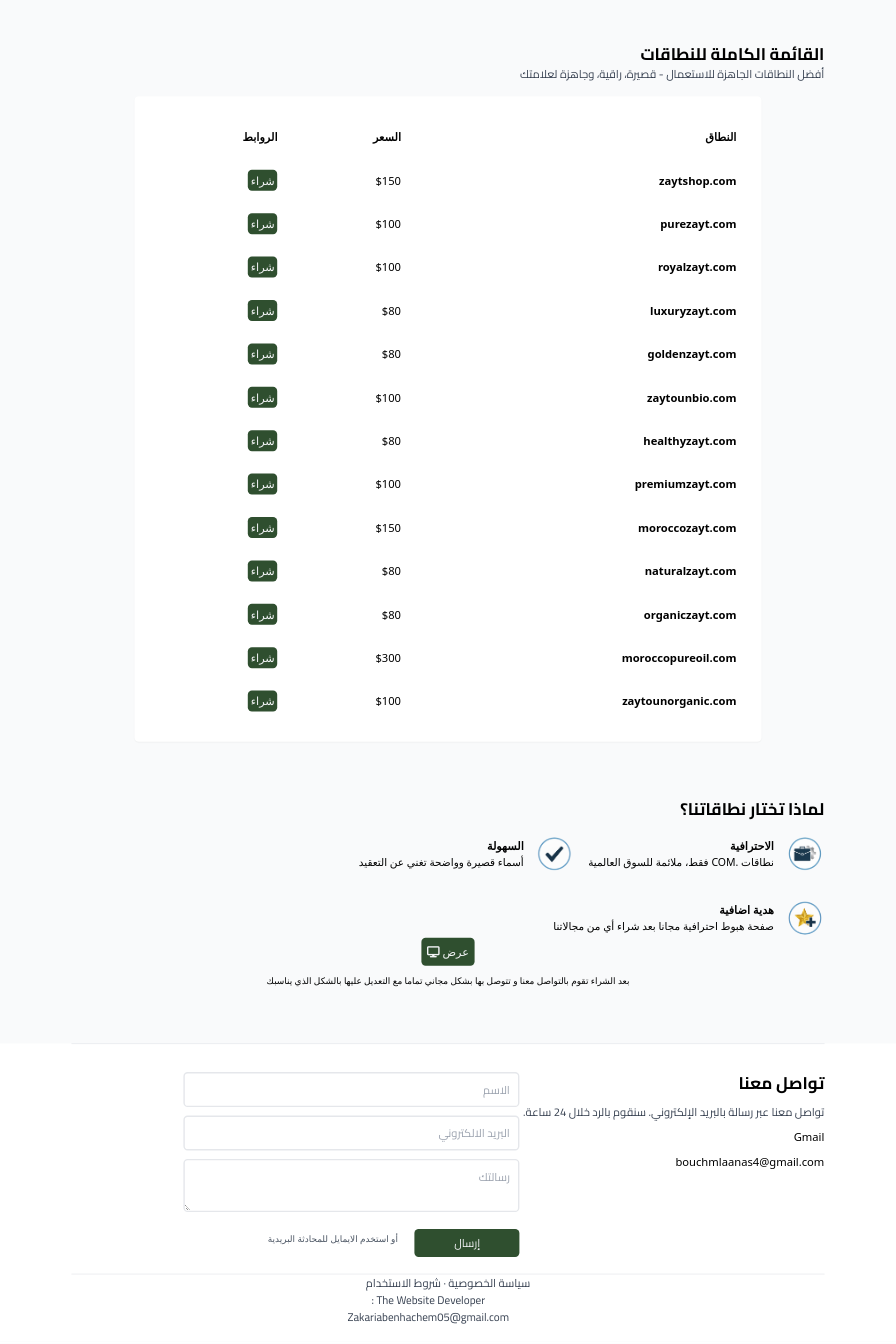
Repository: zakaria-bn05/Olive-oil-domaine-names-english-version
Page: index.html
These files come from the project's save history. The page is drawn as it stood at one moment and after the next save; the edit follows.
The browser window is 1280 px wide. The pictures show the part of the page from y = 851 to 2771 px (the page is 2771 px tall before and 2747 px after), at 70% of full size.
Some web libraries are served in a nearby version.

Above is the page before, as saved 2025-11-19 05:11:56.

### index.html
<!DOCTYPE html>
<html lang="ar" dir="rtl">

<head>
    <meta charset="UTF-8">
    <meta name="viewport" content="width=device-width, initial-scale=1.0">
    <link rel="icon" type="image/x-icon" href="assets/logo.png">
    <link rel="stylesheet" href="https://cdnjs.cloudflare.com/ajax/libs/font-awesome/6.5.1/css/all.min.css">
    <script src="https://cdn.tailwindcss.com"></script>
    <link href="https://fonts.googleapis.com/css2?family=Cairo:wght@300;400;600;700;800&display=swap" rel="stylesheet">
    <title src="">بيع نطاقات زيت الزيتون .COM</title>
    <style>
        .font-cairo {
            font-family: 'Cairo', system-ui, -apple-system, 'Segoe UI', Roboto, sans-serif;
        }

        .nav-link {
            font-size: 0.95rem;
            font-weight: 600;
        }

        .nav-link:hover {
            opacity: 0.92;
        }

        .bg-olive-btn {
            background-color: #2f4f2f;
        }

        .bg-olive-btn:hover {
            filter: contrast(80%);
        }

        .header {
            height: 445px;
            background-image: url('assets/header-picture.jpg');
            background-size: cover;
            background-position: center;
        }

        .table-spaced {
            border-collapse: separate;
            border-spacing: 0 0.9rem;
        }

        .table-spaced th,
        .table-spaced td {
            background: white;
            padding: 0.75rem 1rem;
            border-radius: 8px;
        }

        .table-spaced thead th {
            background: transparent;
            font-weight: 700;
        }

        @media (max-width: 768px) {

            nav {
                margin-top: -40px;
            }

            .special-domaine {
                width: 400px
            }

            .buy-reason {
                padding-left: auto;
            }
        }
    </style>
</head>

<body class="min-h-screen flex flex-col">
    <main class="font-Cairo w-full flex flex-col bg-gray-50 text-gold-dark ">
        <nav
            class="sticky md:top-0 z-30 bg-white/60 backdrop-blur-sm flex w-full h-26 md:h-16 px-[4%] md:px-[8%] items-center justify-between md:gap-1">

            <div class=" flex items-center gap-[2%]">
                <img src="assets/logo.png" class=" w-8 cursor-pointer alt=" OliveDomains Logo">
                <div>
                    <p class="text-right font-bold">OliveDomains</p>
                    <p class="text-xs font-cairo w-30">نطاقات .COM لعلامات زيت الزيتون</p>
                </div>
            </div>
            <div class="flex items-center mt-28 mb-2 md:m-0 gap-4">
                <a id="full-list" class="text-green-900 nav-link font-cairo w-18 cursor-pointer md:w-max ">القائمة
                    الكاملة</a>
                <a id="" class="special text-green-900 nav-link font-cairo cursor-pointer ">مميزة</a>
                <a id="contact"
                    class="bg-olive-btn rounded-md p-[4px] md:p-[6px] text-gray-100 nav-link font-cairo cursor-pointer md:w-max">تواصل
                    معنا</a>
            </div>
        </nav>
        <header class="header flex items-center justify-center z-10 relative ">
            <div class="bg-white rounded-2xl backdrop-blur-sm bg-opacity-30 w-4/5 p-11 flex flex-col gap-3 ">
                <h1 class="font-cairo text-4xl font-bold text-right "> ابدأ علامتك التجارية لزيت الزيتون اليوم.</h1>
                <p class="text-gray-700 text-right text-ms ">
                    نقدم لك أسماء نطاقات .COM قصيرة، سهلة التذكر، وجاهزة للانطلاق.
                </p>
                <div class="flex md:flex-row flex-col gap-3 mt-4 ">
                    <button class="special font-cairo bg-olive-btn px-3 py-2 text-gray-100 rounded-md">استعرض النطاقات
                        المميزة
                    </button>
                    <button id="full-list-2" class="font-cairo px-3 py-2 rounded-md border-2 border-green-900 ">عرض
                        القائمة
                        الكاملة
                    </button>
                </div>
            </div>
        </header>
        <article class="px-[8%] py-10">
            <h1 class="font-cairo text-2xl font-bold">النطاقات المميزة</h1>
            <p class="font-cairo text-xm text-gray-700 ">أفضل النطاقات الجاهزة للاستعمال - قصيرة، راقية، وجاهزة لعلامتك.
            </p>
            <div class="flex gap-3 flex-wrap justify-center">
                <div
                    class="special-domaine bg-white border-2 border-gray-300 rounded-md p-5 mt-5 w-100 flex flex-col gap-3 ">
                    <p class=" font-cairo text-xm text-gray-700 ">نطاق
                    </p>
                    <p class=" font-cairo text-xl text-gray-700 font-bold ">goldenzayt.com
                    </p>
                    <p class=" font-cairo text-xm text-gray-700 ">اسم راق وسهل التذكر لماركات زيت الزيتون
                    </p>
                    <div class="flex items-center mt-auto w-full justify-between">

                        <p class=" font-cairo text-xl text-gray-700 font-bold mt-3 ">$80</p>
                        <div class="justify-end">
                            <button class="selling bg-olive-btn px-3 py-2 text-gray-100 rounded-md mt-3">اشترِ الآن
                            </button>
                            <button class="negotiate font-cairo bg-olive-btn px-3 py-2 bg-gray-100 rounded-md mt-3">
                                تفاوض
                            </button>
                        </div>

                    </div>
                </div>
                <div
                    class="special-domaine bg-white border-2 border-gray-300 rounded-md p-5 w-100 mt-5 flex flex-col gap-3 ">
                    <p class=" font-cairo text-xm text-gray-700 ">نطاق
                    </p>
                    <p class=" font-cairo text-xl text-gray-700 font-bold ">luxuryzayt.com
                    </p>
                    <p class=" font-cairo text-xm text-gray-700 ">ملائم للمنتجات الفاخرة والسوق الراقية
                    </p>
                    <div class="flex items-center mt-auto w-full justify-between">

                        <p class=" font-cairo text-xl text-gray-700 font-bold mt-3 ">$80</p>
                        <div class="justify-end">
                            <button href="" class="selling bg-olive-btn px-3 py-2 text-gray-100 rounded-md mt-3">اشترِ
                                الآن
                            </button>
                            <button class="negotiate font-cairo bg-olive-btn px-3 py-2 bg-gray-100 rounded-md mt-3">
                                تفاوض
                            </button>
                        </div>
                    </div>
                </div>
                <div
                    class="special-domaine bg-white border-2 border-gray-300 rounded-md p-5 mt-5 w-100 flex flex-col gap-3 ">
                    <p class=" font-cairo text-xm text-gray-700 ">نطاق
                    </p>
                    <p class=" font-cairo text-xl text-gray-700 font-bold ">organiczayt.com
                    </p>
                    <p class=" font-cairo text-xm text-gray-700 ">مثالي للمنتجات العضوية والعضوية المعتمدة
                    </p>
                    <div class="flex items-center w-full justify-between">

                        <p class=" font-cairo text-xl text-gray-700 font-bold mt-3 ">$80</p>
                        <div class="justify-end mt-auto">
                            <button class="selling bg-olive-btn px-3 py-2 text-gray-100 rounded-md mt-3">اشترِ الآن
                            </button>
                            <button class="negotiate font-cairo bg-olive-btn px-3 py-2 bg-gray-100 rounded-md mt-3">
                                تفاوض
                            </button>
                        </div>

                    </div>
                </div>
        </article>
        <article class="px-[8%] py-10">
            <h1 class="font-cairo text-2xl font-bold"> القائمة الكاملة للنطاقات</h1>
            <p class="font-cairo text-xm text-gray-700 ">أفضل النطاقات الجاهزة للاستعمال - قصيرة، راقية، وجاهزة لعلامتك
            </p>
            <div class="flex justify-center w-full">
                <table class=" w-5/6 text-right mt-5 bg-white p-5 rounded-md table-spaced shadow-sm">
                    <tr class="border-b-2 p-5">
                        <th>النطاق</th>
                        <th>السعر</th>
                        <th>الروابط</th>
                    </tr>
                    <tr>
                        <td class="font-bold ">zaytshop.com</td>
                        <td>$150</td>
                        <td><a href="https://sedo.com/search/?member=c67aa84ed5e26d9853476fb49144413aa5dfed49"
                                class="hover:border-b-2 border-black bg-olive-btn text-gray-100 p-1 rounded-md">
                                شراء</a></td>
                    </tr>
                    <tr>
                        <td class="font-bold ">purezayt.com</td>
                        <td>$100</td>
                        <td><a href="https://sedo.com/search/?member=c67aa84ed5e26d9853476fb49144413aa5dfed49"
                                class="hover:border-b-2 border-black bg-olive-btn text-gray-100 p-1 rounded-md">
                                شراء</a></td>
                    </tr>
                    <tr>
                        <td class="font-bold ">royalzayt.com</td>
                        <td>$100</td>
                        <td><a href="https://sedo.com/search/?member=c67aa84ed5e26d9853476fb49144413aa5dfed49"
                                class="hover:border-b-2 border-black bg-olive-btn text-gray-100 p-1 rounded-md">
                                شراء</a></td>
                    </tr>
                    <tr>
                        <td class="font-bold ">luxuryzayt.com</td>
                        <td>$80</td>
                        <td><a href="https://sedo.com/search/?member=c67aa84ed5e26d9853476fb49144413aa5dfed49"
                                class="hover:border-b-2 border-black bg-olive-btn text-gray-100 p-1 rounded-md">
                                شراء</a></td>
                    </tr>
                    <tr>
                        <td class="font-bold ">goldenzayt.com</td>
                        <td>$80</td>
                        <td><a href="https://sedo.com/search/?member=c67aa84ed5e26d9853476fb49144413aa5dfed49"
                                class="hover:border-b-2 border-black bg-olive-btn text-gray-100 p-1 rounded-md">
                                شراء</a></td>
                    </tr>
                    <tr>
                        <td class="font-bold ">zaytounbio.com</td>
                        <td>$100</td>
                        <td><a href="https://sedo.com/search/?member=c67aa84ed5e26d9853476fb49144413aa5dfed49"
                                class="hover:border-b-2 border-black bg-olive-btn text-gray-100 p-1 rounded-md">
                                شراء</a></td>
                    </tr>

                    <tr>
                        <td class="font-bold ">healthyzayt.com</td>
                        <td>$80</td>
                        <td><a href="https://sedo.com/search/?member=c67aa84ed5e26d9853476fb49144413aa5dfed49"
                                class="hover:border-b-2 border-black bg-olive-btn text-gray-100 p-1 rounded-md">
                                شراء</a></td>
                    </tr>
                    <tr>
                        <td class="font-bold ">premiumzayt.com</td>
                        <td>$100</td>
                        <td><a href="https://sedo.com/search/?member=c67aa84ed5e26d9853476fb49144413aa5dfed49"
                                class="hover:border-b-2 border-black bg-olive-btn text-gray-100 p-1 rounded-md">
                                شراء</a></td>
                    </tr>
                    <tr>
                        <td class="font-bold ">moroccozayt.com</td>
                        <td>$150</td>
                        <td><a href="https://sedo.com/search/?member=c67aa84ed5e26d9853476fb49144413aa5dfed49"
                                class="hover:border-b-2 border-black bg-olive-btn text-gray-100 p-1 rounded-md">
                                شراء</a></td>
                    </tr>
                    <tr>
                        <td class="font-bold ">naturalzayt.com</td>
                        <td>$80</td>
                        <td><a href="https://sedo.com/search/?member=c67aa84ed5e26d9853476fb49144413aa5dfed49"
                                class="hover:border-b-2 border-black bg-olive-btn text-gray-100 p-1 rounded-md">
                                شراء</a></td>
                    </tr>

                    <tr>
                        <td class="font-bold ">organiczayt.com</td>
                        <td>$80</td>
                        <td><a href="https://sedo.com/search/?member=c67aa84ed5e26d9853476fb49144413aa5dfed49"
                                class="hover:border-b-2 border-black bg-olive-btn text-gray-100 p-1 rounded-md">
                                شراء</a></td>
                    </tr>
                    <tr>
                        <td class="font-bold ">moroccopureoil.com</td>
                        <td>$300</td>
                        <td><a href="https://sedo.com/search/?member=c67aa84ed5e26d9853476fb49144413aa5dfed49"
                                class="hover:border-b-2 border-black bg-olive-btn text-gray-100 p-1 rounded-md">
                                شراء</a></td>
                    </tr>
                    <tr>
                        <td class="font-bold ">zaytounorganic.com</td>
                        <td>$100</td>
                        <td><a href="https://sedo.com/search/?member=c67aa84ed5e26d9853476fb49144413aa5dfed49"
                                class="hover:border-b-2 border-black bg-olive-btn text-gray-100 p-1 rounded-md">
                                شراء</a></td>
                    </tr>
                </table>
            </div>

        </article>
        <article class="px-[8%] py-10">
            <h1 class="font-cairo text-2xl font-bold"> لماذا تختار نطاقاتنا؟ </h1>
            <div class="flex flex-wrap gap-4">
                <div class=" flex gap-5 mt-5 p-1 rounded-md ">
                    <img src=" assets/pro-logo.png" class="buy-reason w-12 h-12 rounded-full" alt="">
                    <div>
                        <p class="font-bold">الاحترافية</p>
                        <p class="text-[15px]">نطاقات .COM فقط، ملائمة للسوق العالمية</p>
                    </div>
                </div>
                <div class="flex gap-5 mt-5 p-1 rounded-md ">
                    <img src="assets/easy-logo.png" class="buy-reason w-12 h-12 rounded-full" alt="">
                    <div>
                        <p class="font-bold">السهولة</p>
                        <p class="text-[15px]"> أسماء قصيرة وواضحة تغني عن التعقيد</p>
                    </div>
                </div>
                <div class="flex gap-5 mt-5 p-1 rounded-md ">
                    <img src="assets/bonus-logo.png" class="buy-reason w-12 h-12 rounded-full" alt="">
                    <div>
                        <p class="font-bold">هدية اضافية</p>
                        <p class="text-[15px]"> صفحة هبوط احترافية مجانا بعد شراء أي من مجالاتنا </p>
                    </div>
                </div>

            </div>
            <div class="flex flex-col gap-3 items-center">
                <button id="display-landing-page" class=" bg-olive-btn p-2 text-ms text-gray-100 rounded-md w-max">عرض
                    <i class="fa-solid fa-display"></i></button>
                <div id="landing-page-container"
                    class="fixed top-200 hidden flex-col justify-center items-center gap-2 p-2 rounded-md mt-3 ">
                    <img src="assets/landing-page.jpg" class="w-60 h-200 rounded-md" alt="">
                    <i id="close-btn"
                        class="fa-solid fa-xmark close-red-icon w-8 h-8 font-bold cursor-pointer bg-red-600 hover:bg-red-500 transition-all hover:scale-110 rounded-full p-2"></i>
                </div>
                <small>بعد الشراء تقوم بالتواصل معنا و تتوصل بها بشكل مجاني تماما مع التعديل عليها بالشكل الذي
                    يناسبك</small>

            </div>
            </div>

        </article>
        <article class="px-[8%] mt-10 bg-white">
            <hr>
            <div class="flex flex-wrap justify-between pt-10">
                <div class="flex flex-col gap-3">
                    <h1 class="font-cairo text-2xl font-bold "> تواصل معنا </h1>
                    <p class="font-cairo text-xm text-gray-700 m-none p-none ">
                        تواصل معنا عبر رسالة بالبريد الإلكتروني.
                        سنقوم بالرد خلال 24 ساعة.
                    </p>
                    <a href="">Gmail </a>
                    <a href="mailto:bouchmlaanas4@gmail.com">bouchmlaanas4@gmail.com</a>
                </div>
                <form class="flex flex-col gap-3 ml-10 w-[600px] rounded-md" action="https://formspree.io/f/xnnwjaby"
                    method="POST">
                    <input type="text" name="name"
                        class="w-4/5 font-cairo text-ms h-[50px] rounded-md  border-2 border-gray-200 p-3 "
                        placeholder="الاسم">
                    <input type="email" name="mail"
                        class="w-4/5 font-cairo text-ms p-3 h-[50px] rounded-md border-2 border-gray-200"
                        placeholder="البريد الالكتروني">
                    <textarea name="subject" cols="30"
                        class="w-4/5 font-cairo text-ms p-3 rounded-md border-2 border-gray-200"
                        placeholder="رسالتك "></textarea>
                    <div class="flex items-center gap-6">
                        <input type="submit" value="إرسال"
                            class="bg-olive-btn font-cairo px-3 py-2 text-gray-100 rounded-md mt-3 w-1/4 cursor-pointer">
                        <small class="text-gray-600">أو استخدم الايمايل للمحادثة البريدية</small>
                    </div>
                </form>
            </div>
            <br>
            <hr>
            <footer>
                <pre class="text-center text-xm font-cairo text-gray-700">سياسة الخصوصية · شروط الاستخدام
                The Website Developer :
                Zakariabenhachem05@gmail.com
            </pre>
            </footer>
        </article>


    </main>
    <script src="index.js"></script>
</body>

</html>

Loaded but not shown: index.js (114 lines, source omitted)

After the next save:
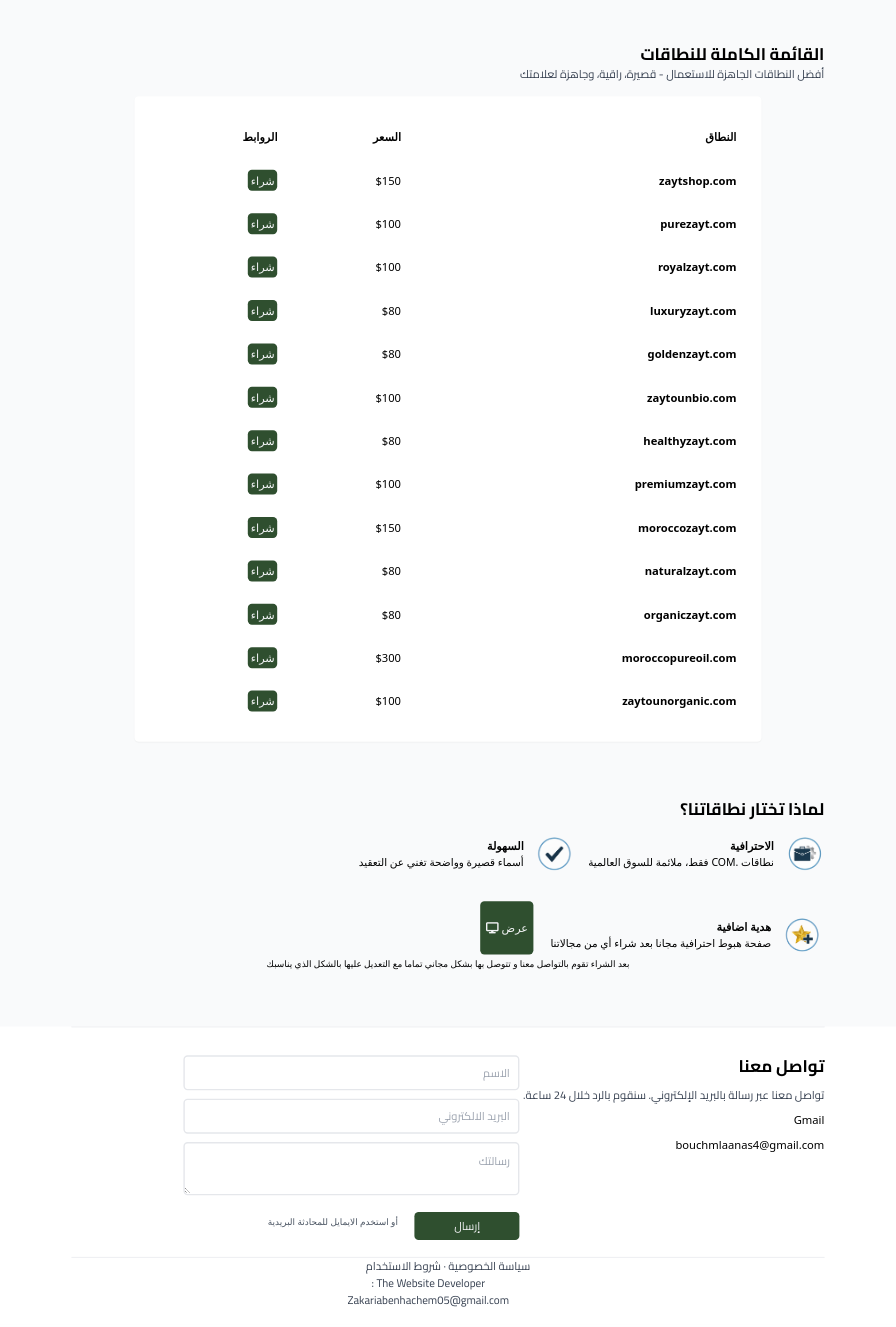
Saved 113 s later.
--- a/index.html
+++ b/index.html
@@ -305,17 +305,23 @@
                     </div>
                 </div>
                 <div class="flex gap-5 mt-5 p-1 rounded-md ">
-                    <img src="assets/bonus-logo.png" class="buy-reason w-12 h-12 rounded-full" alt="">
-                    <div>
-                        <p class="font-bold">هدية اضافية</p>
-                        <p class="text-[15px]"> صفحة هبوط احترافية مجانا بعد شراء أي من مجالاتنا </p>
-                    </div>
-                </div>
+                    <div class="flex gap-5 mt-5 p-1 rounded-md ">
+                        <img src="assets/bonus-logo.png" class="buy-reason w-12 h-12 rounded-full" alt="">
+                        <div>
+                            <p class="font-bold">هدية اضافية</p>
+                            <p class="text-[15px]"> صفحة هبوط احترافية مجانا بعد شراء أي من مجالاتنا </p>
+                        </div>
+                    </div>
+
+                    <button id="display-landing-page"
+                        class=" bg-olive-btn p-2 text-ms text-gray-100 rounded-md w-max">عرض
+                        <i class="fa-solid fa-display"></i></button>
+                </div>
+
 
             </div>
             <div class="flex flex-col gap-3 items-center">
-                <button id="display-landing-page" class=" bg-olive-btn p-2 text-ms text-gray-100 rounded-md w-max">عرض
-                    <i class="fa-solid fa-display"></i></button>
+
                 <div id="landing-page-container"
                     class="fixed top-200 hidden flex-col justify-center items-center gap-2 p-2 rounded-md mt-3 ">
                     <img src="assets/landing-page.jpg" class="w-60 h-200 rounded-md" alt="">
